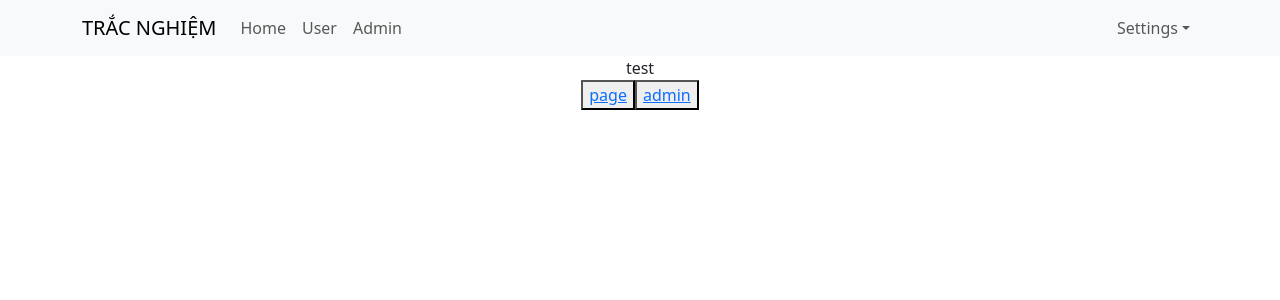
Repository: bichtram-1/webTN
Page: /
These files come from the project's save history. The page is drawn as it stood at one moment and after the next save; the edit follows.
The browser window is 1280 px wide. The pictures show the whole page.
The project was rebuilt for these pictures with package versions that can differ from the ones it lists, and the page was loaded fresh each time. Also part of the build but not shown: src/components/User/User.js, src/components/Admin/Admin.js.

Above is the page before, as saved 2025-08-17 21:15:01.

After the next save:
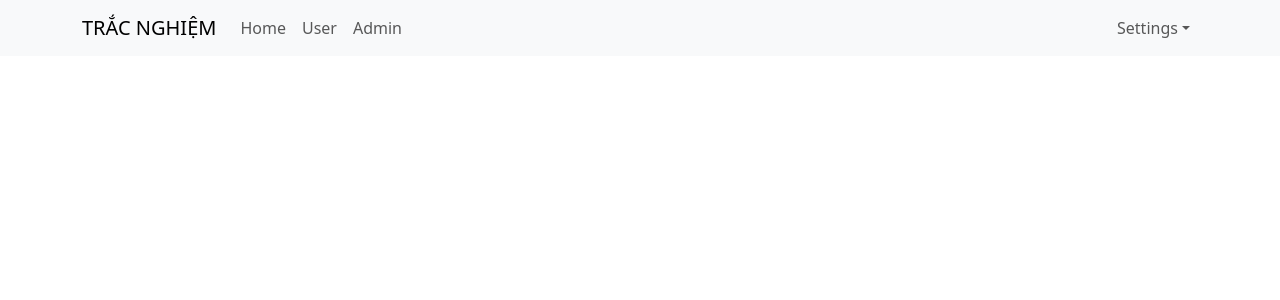
Saved 18 h 49 min later.
--- a/src/App.js
+++ b/src/App.js
@@ -1,24 +1,25 @@
 import './App.css';
 import Header from './components/Header/Header';
-import { Link } from 'react-router-dom';
+import { Outlet, Link } from 'react-router-dom';
 const  App = ()=> {
   return (
-    <div className="App">
+    <div className="app-container">
+      <div className="header-container">
+
      <Header/>
-     <div>
-      test
-      <div>
-       <button>
-        <Link to="/users">page</Link>
-      </button>
-       <button>
-        <Link to="/admins">admin</Link>
+     </div>
+     <div className='main-container'>
+      <div className='sidenav-container'>
 
-       </button>
+      </div>
+      <div className='app-content'>
+      <Outlet/>
+
 
       </div>
 
-     </div>
+
+    </div>
     </div>
   );
 }
